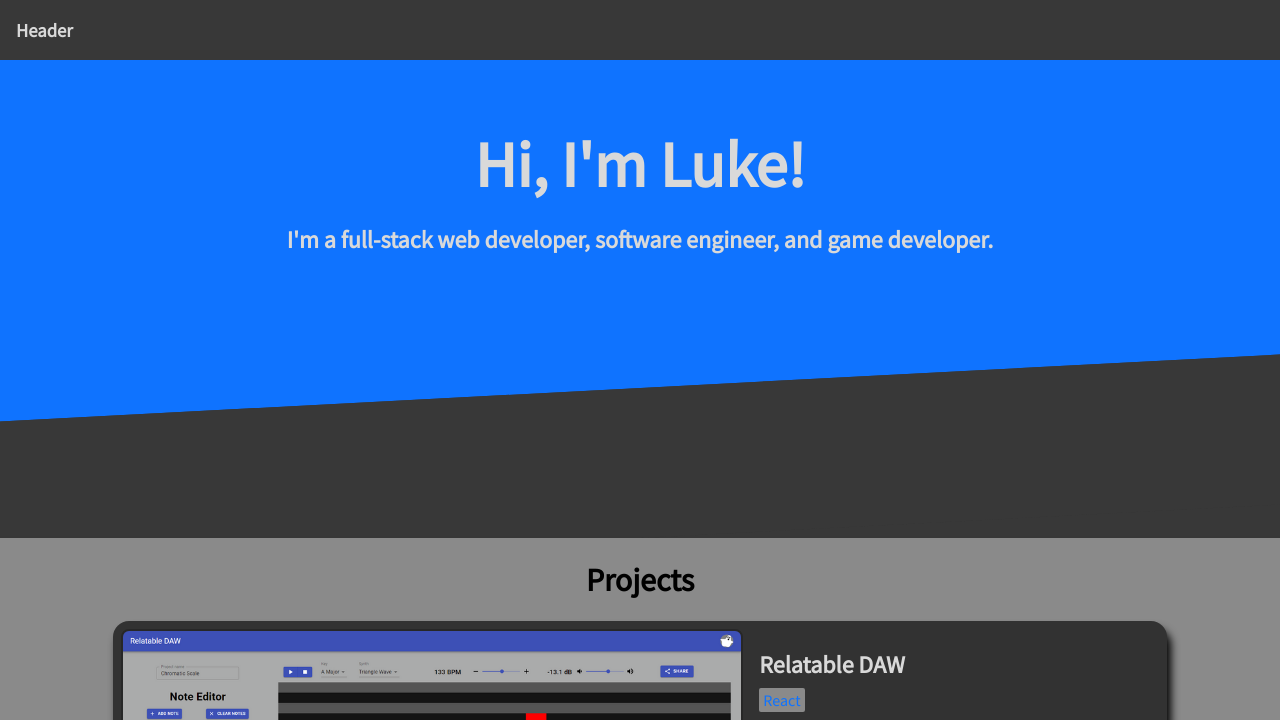
Repository: lbodwell/Personal-Website
Page: index.html
The author's editor kept a copy of each file at every save. The page is drawn from the files as they stood at one save, then again after the next save.
The browser window is 1280 px wide. The pictures show the whole page.
An inner scrolling area shows only its first screen.

Above is the page before, as saved 2022-04-04 19:38:40.

After the next save:
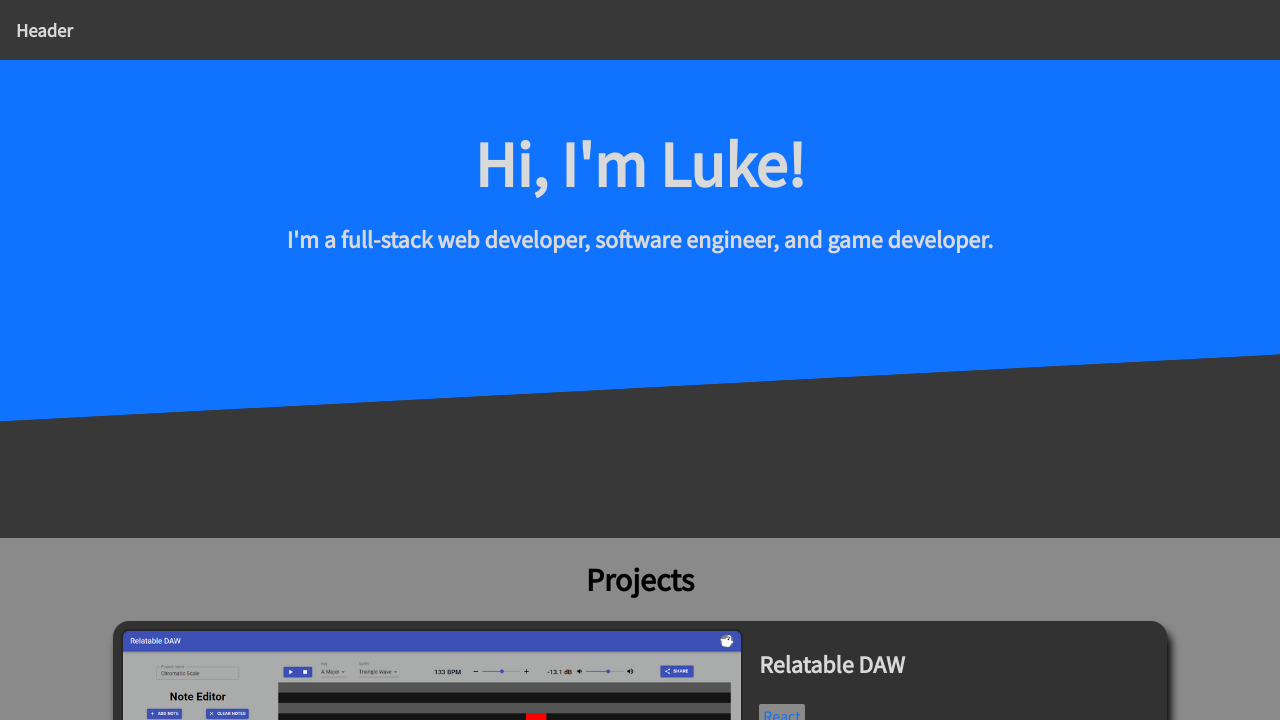
Saved 18 s later.
--- a/styles.css
+++ b/styles.css
@@ -101,10 +101,6 @@
     align-items: flex-start;
 }
 
-.project-title > h2 {
-    margin-bottom: 4px;
-}
-
 .project-types {
     display: flex;
     flex-direction: row;

After the save that followed:
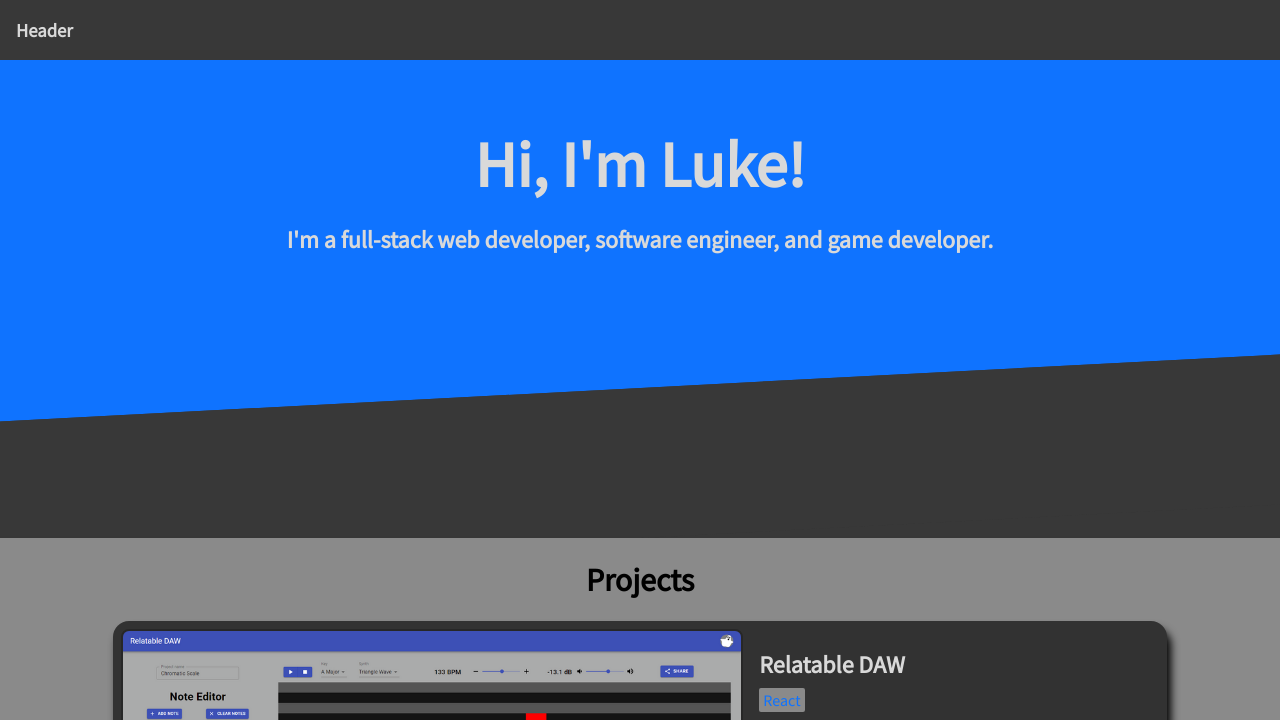
Saved 4 s later.
--- a/styles.css
+++ b/styles.css
@@ -101,6 +101,10 @@
     align-items: flex-start;
 }
 
+.project-title > h2 {
+    margin-bottom: 4px;
+}
+
 .project-types {
     display: flex;
     flex-direction: row;
